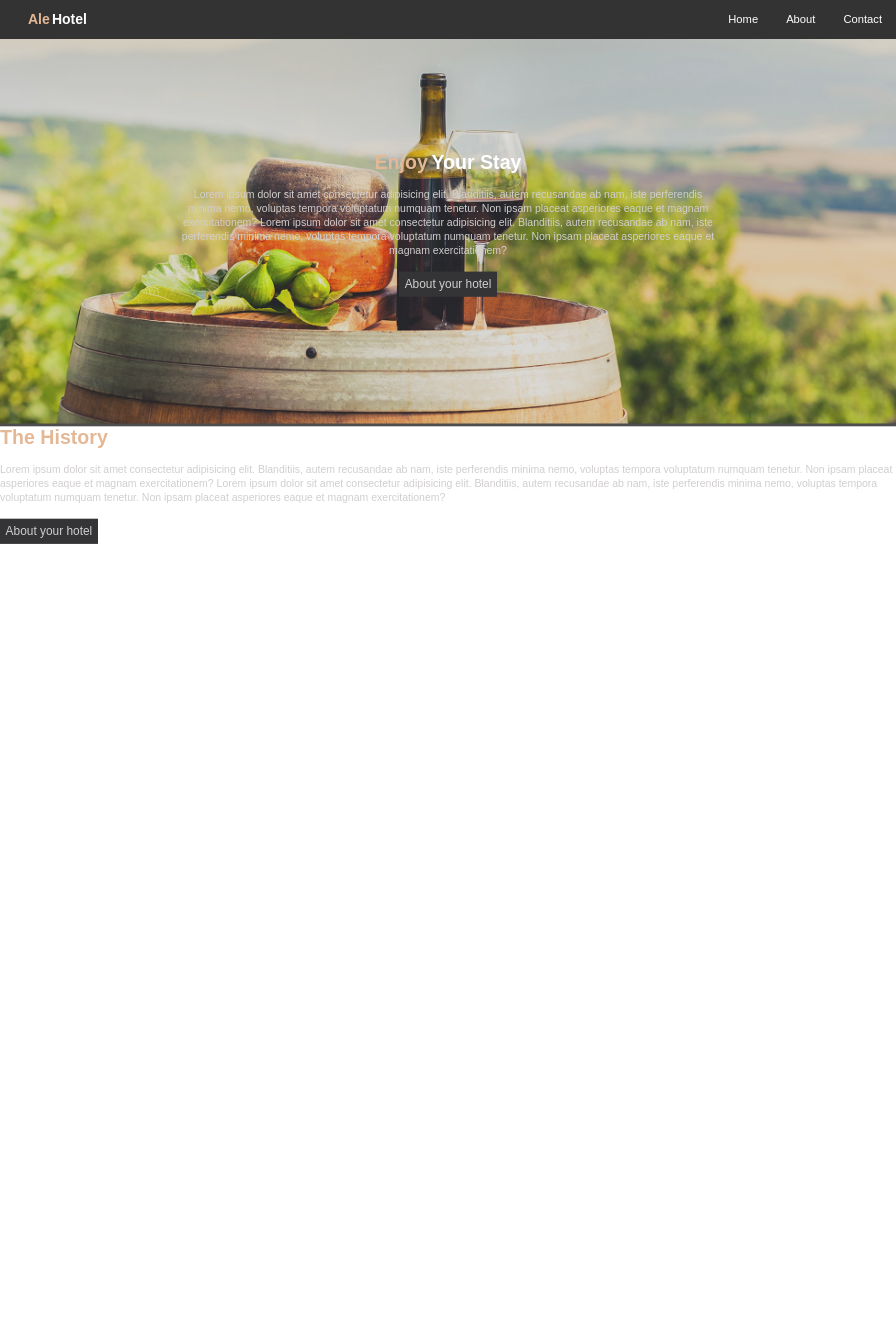
Repository: Ngoc28/HTML-CSS
Page: aleHoltel/index.html
An editor plug-in stored every save of this project. The page is shown before and after the next save, followed by the edit.
The browser window is 1280 px wide. The pictures show the part of the page from y = 0 to 1920 px (the page is 5055 px tall), at 70% of full size.

Above is the page before, as saved 2023-08-06 00:27:12.

After the next save:
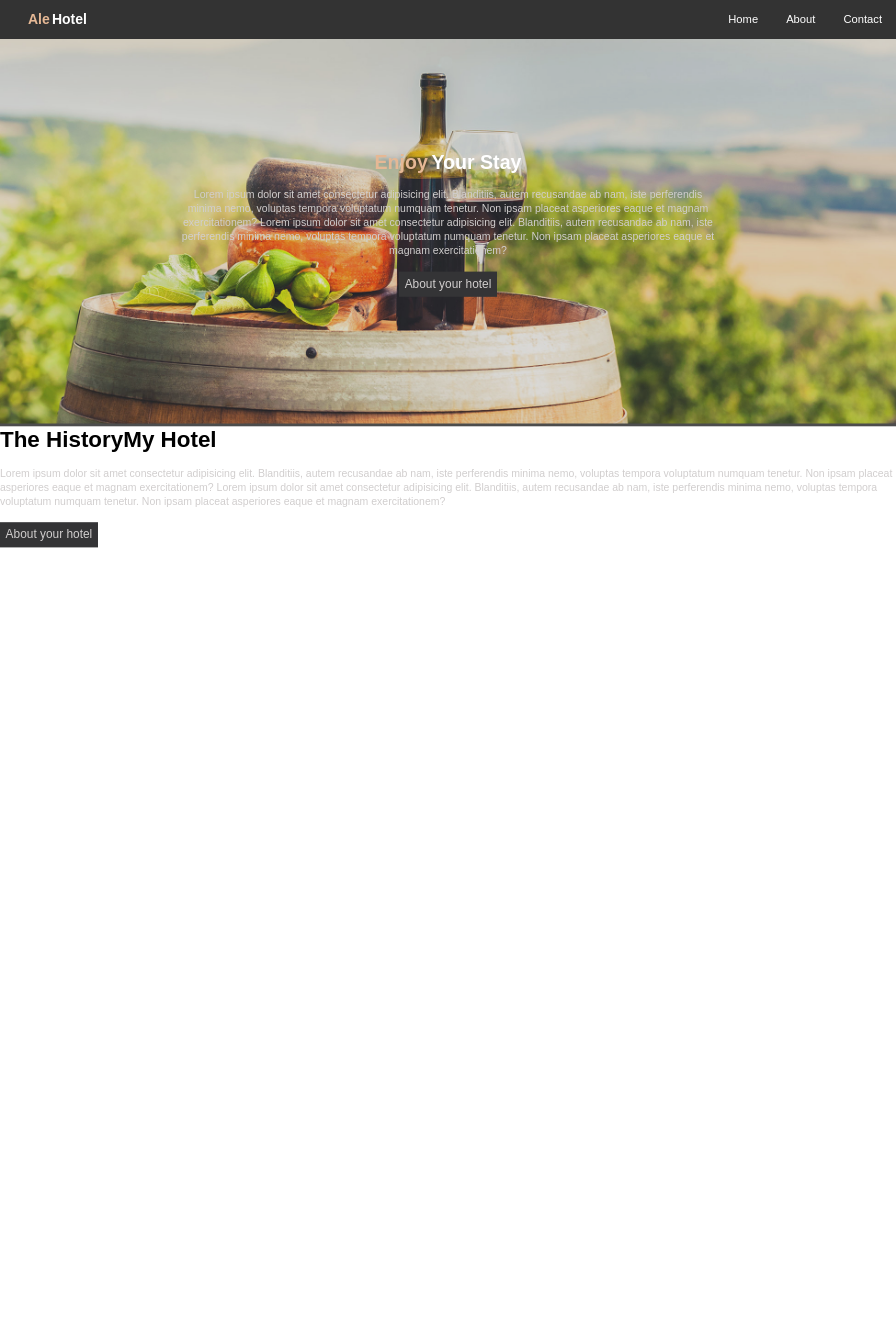
Saved 14 s later.
--- a/aleHoltel/index.html
+++ b/aleHoltel/index.html
@@ -40,7 +40,7 @@
 
                 </div>
                 <div class="myHistory">
-                    <h1 class="about-heading main-color">The History<span>My Hotel</span></h1>
+                    <h1 class="myHistory-heading main-color">The History<span>My Hotel</span></h1>
                     <p class="about-text">
                         Lorem ipsum dolor sit amet consectetur adipisicing elit. Blanditiis, autem recusandae ab nam, iste perferendis minima nemo, voluptas tempora voluptatum numquam tenetur. Non ipsam placeat asperiores eaque et magnam exercitationem?
                         Lorem ipsum dolor sit amet consectetur adipisicing elit. Blanditiis, autem recusandae ab nam, iste perferendis minima nemo, voluptas tempora voluptatum numquam tenetur. Non ipsam placeat asperiores eaque et magnam exercitationem?
